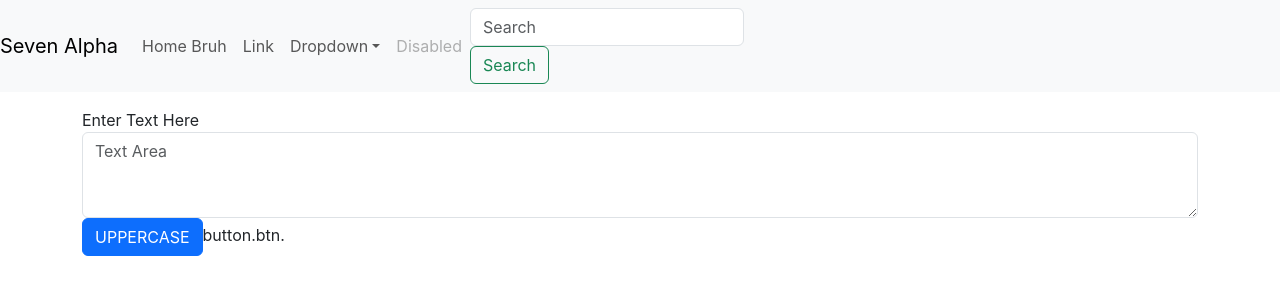
Repository: Shubham-tawar/Text-editor
Page: /
These files come from the project's save history. The page is drawn as it stood at one moment and after the next save; the edit follows.
The browser window is 1280 px wide. The pictures show the whole page.
The project was rebuilt for these pictures with package versions that can differ from the ones it lists, and the page was loaded fresh each time. Also part of the build but not shown: src/App.css.

Above is the page before, as saved 2025-07-05 16:57:47.

After the next save:
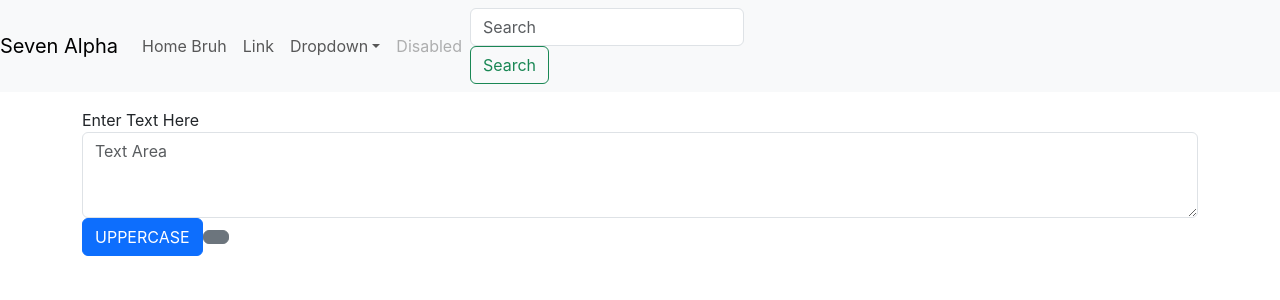
Saved 4 s later.
--- a/src/components/Textform.js
+++ b/src/components/Textform.js
@@ -9,7 +9,7 @@ export default function Textform(props) {
             <label for="exampleFormControlTextarea1">{props.heading}</label>
             <textarea class="form-control" id="exampleFormControlTextarea1" rows="3" placeholder='Text Area'></textarea>
             <button className="btn btn-primary">UPPERCASE</button>
-            button.btn.
+            <button className="btn btn-secondary"></button>
         </div>
     </form>
   )
